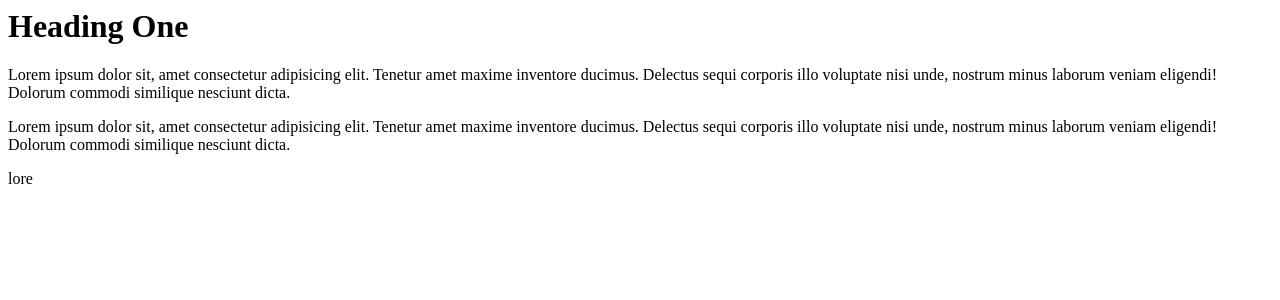
Repository: MonwarAdeeb/Bista_Solutions
Page: HTML & CSS/CSS/Level Two/01. Fonts.html
These files come from the project's save history. The page is drawn as it stood at one moment and after the next save; the edit follows.
The browser window is 1280 px wide. The pictures show the whole page.

Above is the page before, as saved 2021-05-20 15:16:13.

After the next save:
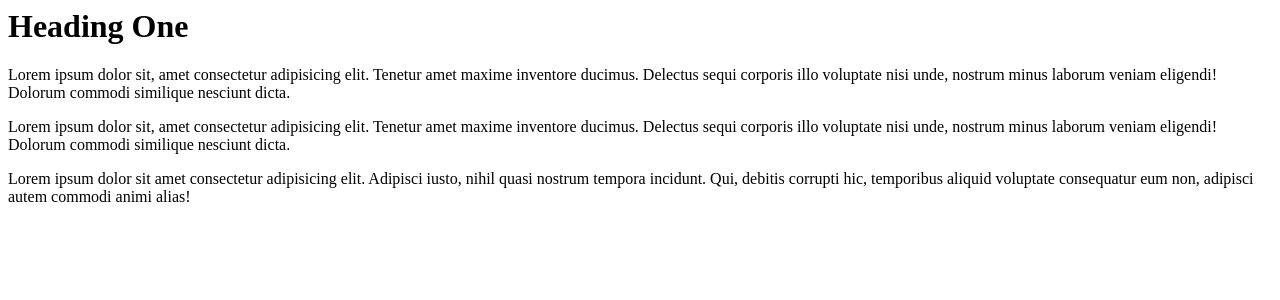
Saved 10 s later.
--- a/HTML & CSS/CSS/Level Two/01. Fonts.html
+++ b/HTML & CSS/CSS/Level Two/01. Fonts.html
@@ -23,7 +23,7 @@
         nostrum minus laborum veniam eligendi!
         Dolorum commodi similique nesciunt dicta.</p>
 
-    <p>lore</p>
+    <p>Lorem ipsum dolor sit amet consectetur adipisicing elit. Adipisci iusto, nihil quasi nostrum tempora incidunt. Qui, debitis corrupti hic, temporibus aliquid voluptate consequatur eum non, adipisci autem commodi animi alias!</p>
 
 </body>
 </html>

After the save that followed:
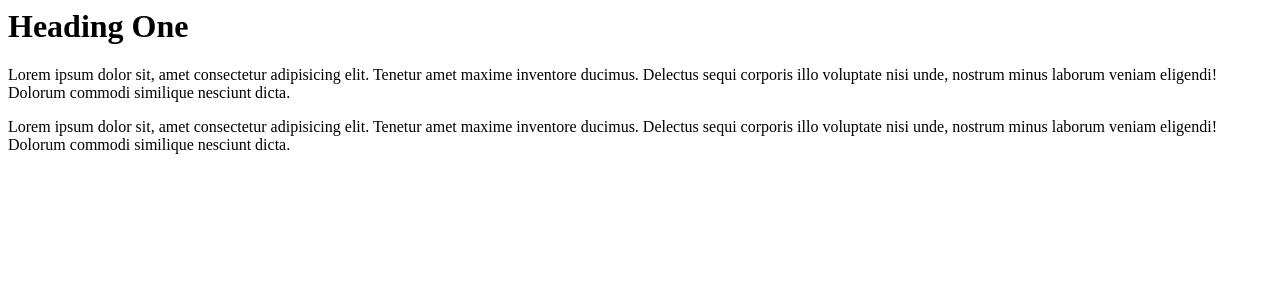
Saved 10 s later.
--- a/HTML & CSS/CSS/Level Two/01. Fonts.html
+++ b/HTML & CSS/CSS/Level Two/01. Fonts.html
@@ -23,7 +23,7 @@
         nostrum minus laborum veniam eligendi!
         Dolorum commodi similique nesciunt dicta.</p>
 
-    <p>Lorem ipsum dolor sit amet consectetur adipisicing elit. Adipisci iusto, nihil quasi nostrum tempora incidunt. Qui, debitis corrupti hic, temporibus aliquid voluptate consequatur eum non, adipisci autem commodi animi alias!</p>
+
 
 </body>
 </html>
